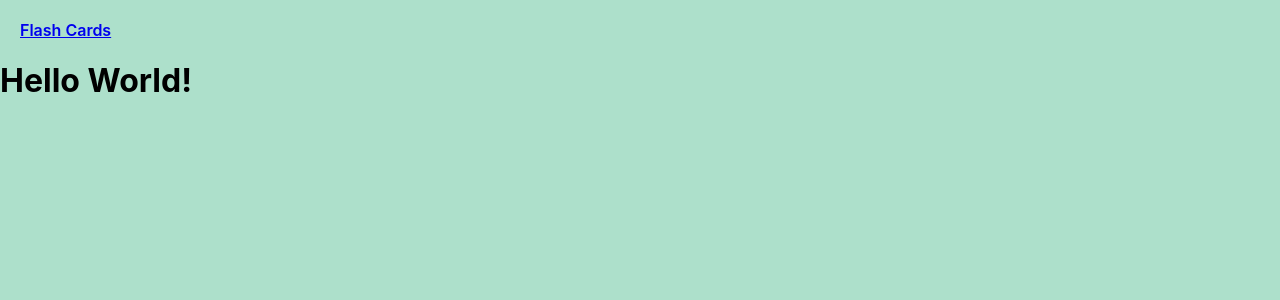
Repository: spacebaboon/ts-flashcards
Page: /
These files come from the project's save history. The page is drawn as it stood at one moment and after the next save; the edit follows.
The browser window is 1280 px wide. The pictures show the whole page.
The project was rebuilt for these pictures with package versions that can differ from the ones it lists, and the page was loaded fresh each time.

Above is the page before, as saved 2020-10-07 16:46:42.

After the next save:
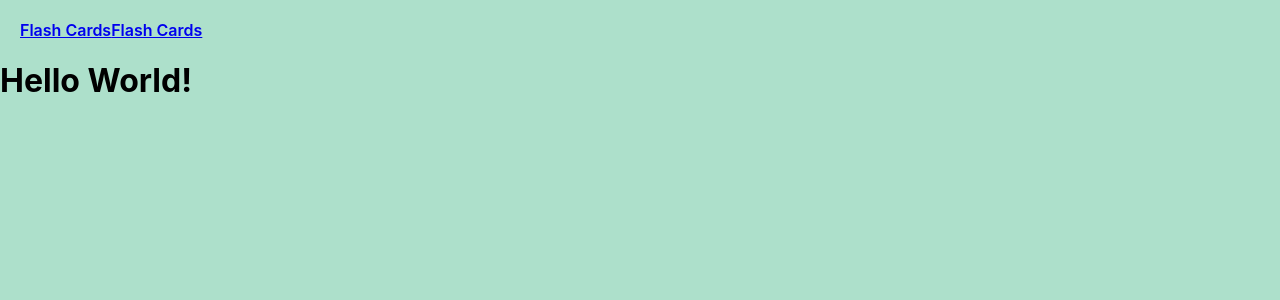
Saved 4 min 11 s later.
--- a/src/common/Header.tsx
+++ b/src/common/Header.tsx
@@ -12,5 +12,6 @@ const StyledHeader = styled.header`
 export const Header = () => (
   <StyledHeader>
     <span><a href='/'>Flash Cards</a></span>
+    <span><a href='/'>Flash Cards</a></span>
   </StyledHeader>
 );
